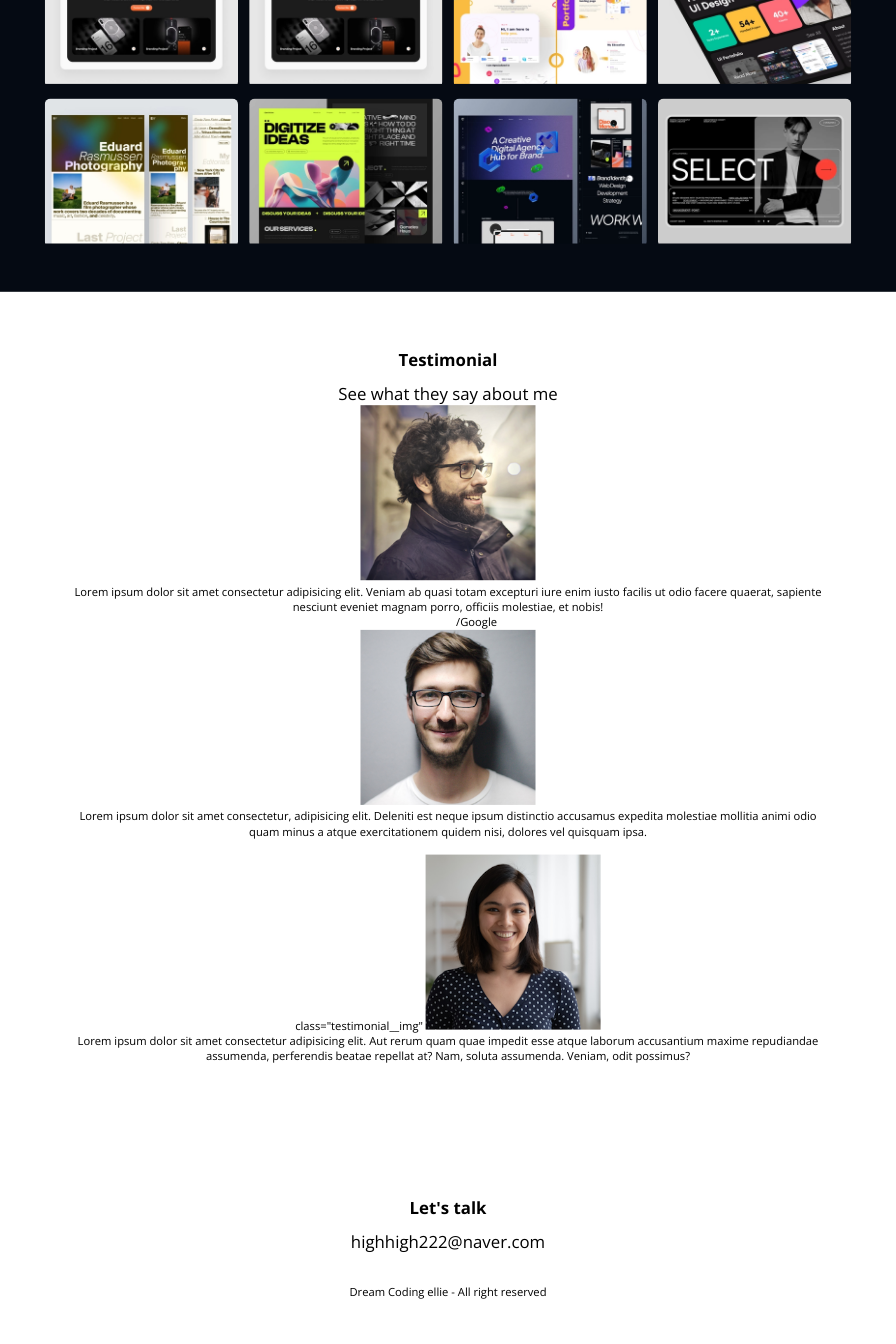
Repository: Arden-Sol/portfolio-website-clone-coding
Page: index.html
An editor plug-in stored every save of this project. The page is shown before and after the next save, followed by the edit.
The browser window is 1280 px wide. The pictures show the part of the page from y = 2577 to 4497 px (the page is 4497 px tall before and 4444 px after), at 70% of full size.
Some web libraries are served in a nearby version.

Above is the page before, as saved 2024-03-27 01:58:09.

After the next save:
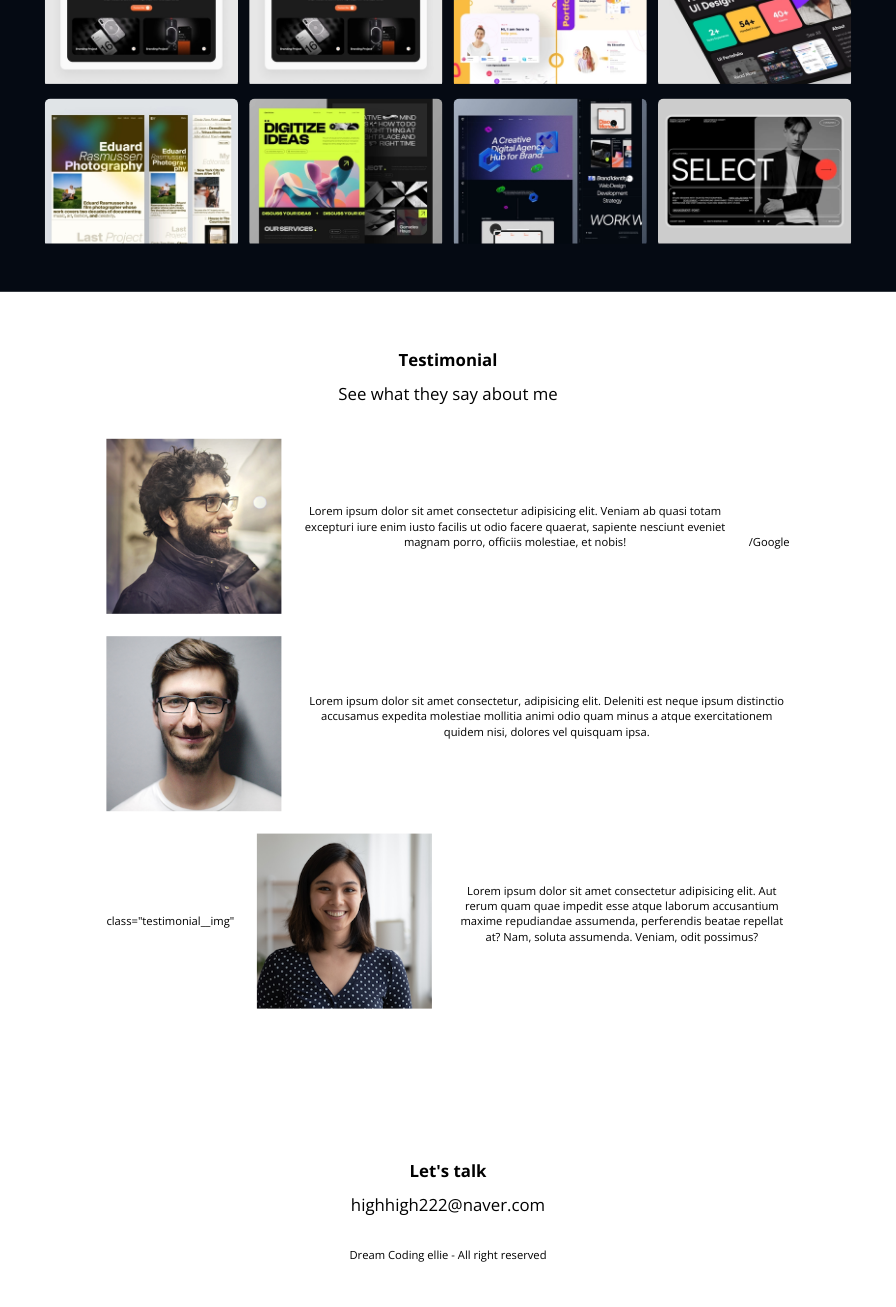
Saved 66 s later.
--- a/css/style.css
+++ b/css/style.css
@@ -336,3 +336,15 @@
   margin: 0.5rem 0;
   /* 꾸미기용 가상요소 */
 }
+
+/* Testimonial */
+.testimonials {
+  margin: 3rem;
+
+}
+.testimonial{
+  display: flex;
+  gap:2rem;
+  margin-bottom: 2rem;
+  align-items: center;
+}
